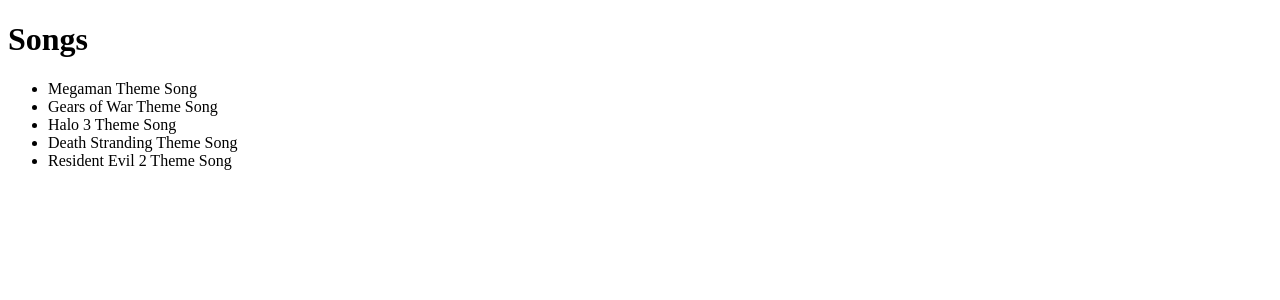
Repository: julianvanost/Week-06
Page: Day_01/First_Server/songs.html
These files come from the project's save history. The page is drawn as it stood at one moment and after the next save; the edit follows.
The browser window is 1280 px wide. The pictures show the whole page.

Above is the page before, as saved 2020-02-18 13:21:09.

### Day_01/First_Server/songs.html
<!DOCTYPE html>
<html>
  <head>
    <meta charset="utf-8">
    <meta http-equiv="X-UA-Compatible" content="IE=edge">
    <title>Songs</title>
    <meta name="description" content="">
    <meta name="viewport" content="width=device-width, initial-scale=1">
  </head>
  <body>
    <h1>Songs</h1>
        <p>
          <ul>
            <li>Megaman Theme Song</li>
            <li>Gears of War Theme Song</li>
            <li>Halo 3 Theme Song</li>
            <li>Death Stranding Theme Song</li>
            <li>Resident Evil 2 Theme Song</li>
          </ul>
        </p>
        <a href="/index"></a>
        <a href="/videogames"></a>
        <a href="/movies"></a>
        <a href="/books"></a>
        <a href="/songs"></a>
  </body>
</html>

After the next save:
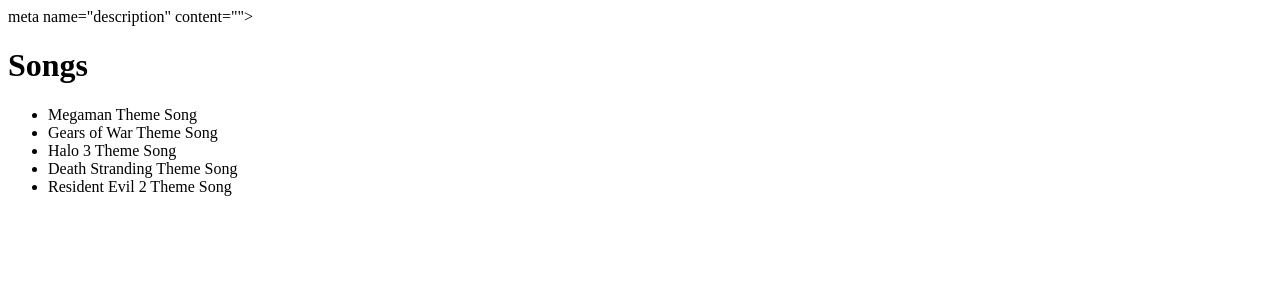
Saved 3 s later.
--- a/Day_01/First_Server/songs.html
+++ b/Day_01/First_Server/songs.html
@@ -4,7 +4,7 @@
     <meta charset="utf-8">
     <meta http-equiv="X-UA-Compatible" content="IE=edge">
     <title>Songs</title>
-    <meta name="description" content="">
+    meta name="description" content="">
     <meta name="viewport" content="width=device-width, initial-scale=1">
   </head>
   <body>

After the save that followed:
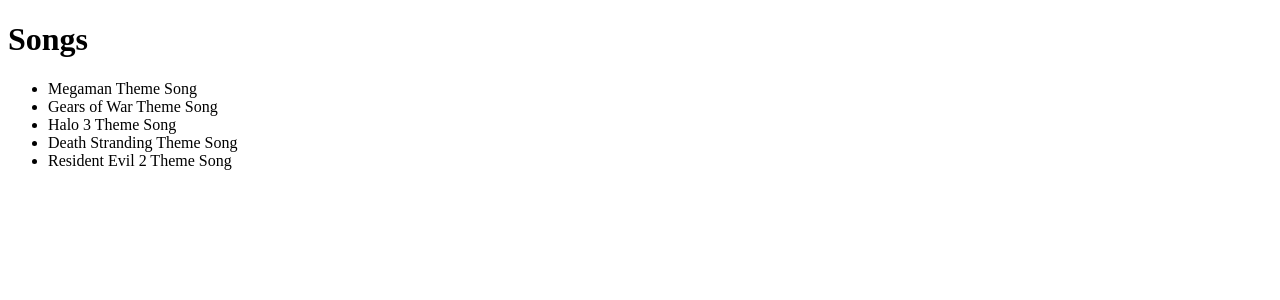
Saved 1 s later.
--- a/Day_01/First_Server/songs.html
+++ b/Day_01/First_Server/songs.html
@@ -4,7 +4,6 @@
     <meta charset="utf-8">
     <meta http-equiv="X-UA-Compatible" content="IE=edge">
     <title>Songs</title>
-    meta name="description" content="">
     <meta name="viewport" content="width=device-width, initial-scale=1">
   </head>
   <body>
